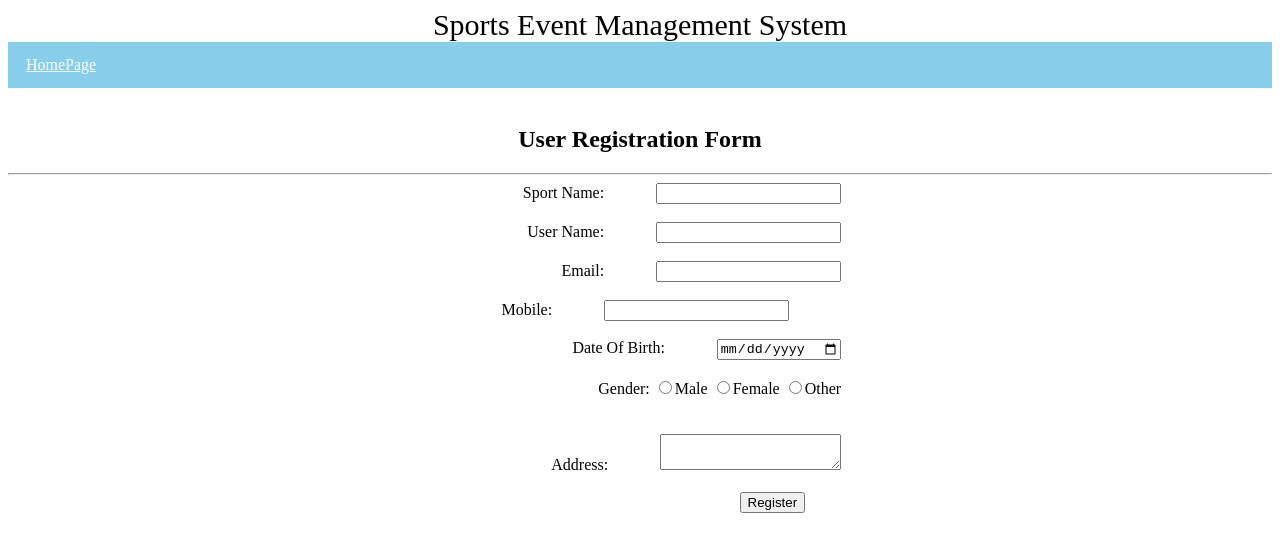
Repository: svrm1014/sportseventmanagement
Page: http://localhost/sportsmanagement/WEB-INF/views/registrationform.jsp
An editor plug-in stored every save of this project. The page is shown before and after the next save, followed by the edit.
The browser window is 1280 px wide. The pictures show the whole page.
The page is served by Tomcat 9. Nobody is signed in. Other server files are loaded and not shown. The template is opened directly, without the code that normally fills it, so the values that code supplies are empty.

Above is the page before, as saved 2021-05-12 18:30:35.

### sportsmanagement/src/main/webapp/WEB-INF/views/registrationform.jsp
<%@ page language="java" contentType="text/html; charset=ISO-8859-1"
    pageEncoding="ISO-8859-1"%>
    <%@ taglib prefix="form" uri="http://www.springframework.org/tags/form"%>
<!DOCTYPE html PUBLIC "-//W3C//DTD HTML 4.01 Transitional//EN" "http://www.w3.org/TR/html4/loose.dtd">
<html>
<head>
<style type="text/css">
.title {
	text-align: center;
	font-size: 30px;
}

ul {
	list-style-type: none;
	margin: 0px;
	padding: 0px;
	background-color: skyblue;
	overflow: hidden;
}

li {
	float: left;
}

li a {
	display: block;
	padding: 14px 18px;
	color: white;
}

form {
	display: inline-block;
	text-align: right;
}
</style>
<meta http-equiv="Content-Type" content="text/html; charset=ISO-8859-1">
<title>Sports Event Management</title>
</head>
<body>
<div class="title">Sports Event Management System</div>
	<div class="menu">
		<ul>
			<li><a href="/">HomePage</a></li>
		</ul>
	</div>
	<div align="center">

		<h2>User Registration Form</h2>
		<hr>

		<form:form action="registrationsave" method="post"
			modelAttribute="formKey">

            <form:label path="sportname">Sport Name:</form:label>
            <form:input path="sportname" />
			<br />
            <br />
            <form:label path="username">User Name:</form:label>
            <form:input path="username" />
			<br />
			<br />
			<form:label path="email">Email:</form:label>
            <form:input type="email"  path="email" />
			<br />
			<br />
			<form:label path="mobile">Mobile:</form:label>
            <form:input path="mobile" />
            <br />
			<br />
            <form:label path="dob" placeholder="DD/MM/YYYY" >Date Of Birth:</form:label>
            <form:input type ="date" path="dob" class="date" name="dob" pattern="DD/MM/YYYY" />
			<br />
			<br />
            <form:label path="gender">Gender:</form:label>
			<form:radiobutton path="gender" value="Male"/>Male
            <form:radiobutton path="gender" value="Female"/>Female
            <form:radiobutton path="gender" value="Male"/>Other<br/>
 			<br />
			<br />
            <form:label path="address">Address:</form:label>
            <form:textarea path="address" />
			<br />
            <br />
            <form:button>Register</form:button>
        </form:form>

	</div>


</body>
</html>

After the next save:
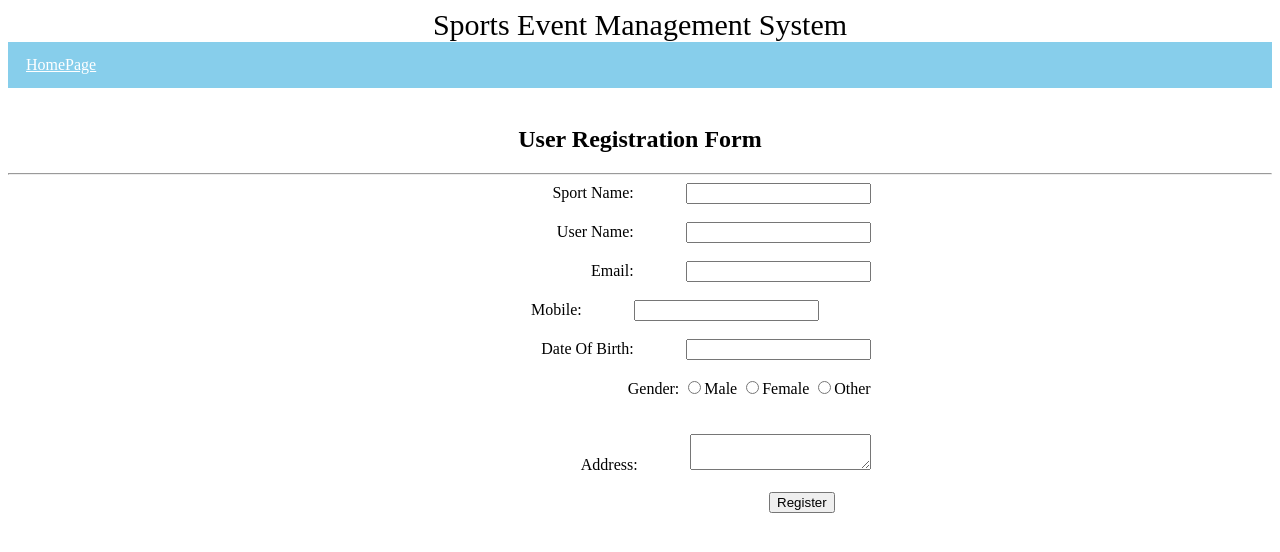
Saved 2 min 15 s later.
--- a/sportsmanagement/src/main/webapp/WEB-INF/views/registrationform.jsp
+++ b/sportsmanagement/src/main/webapp/WEB-INF/views/registrationform.jsp
@@ -68,7 +68,7 @@
             <br />
 			<br />
             <form:label path="dob" placeholder="DD/MM/YYYY" >Date Of Birth:</form:label>
-            <form:input type ="date" path="dob" class="date" name="dob" pattern="DD/MM/YYYY" />
+            <form:input type ="dob" path="dob" class="date" name="dob" pattern="DD/MM/YYYY" />
 			<br />
 			<br />
             <form:label path="gender">Gender:</form:label>

After the save that followed:
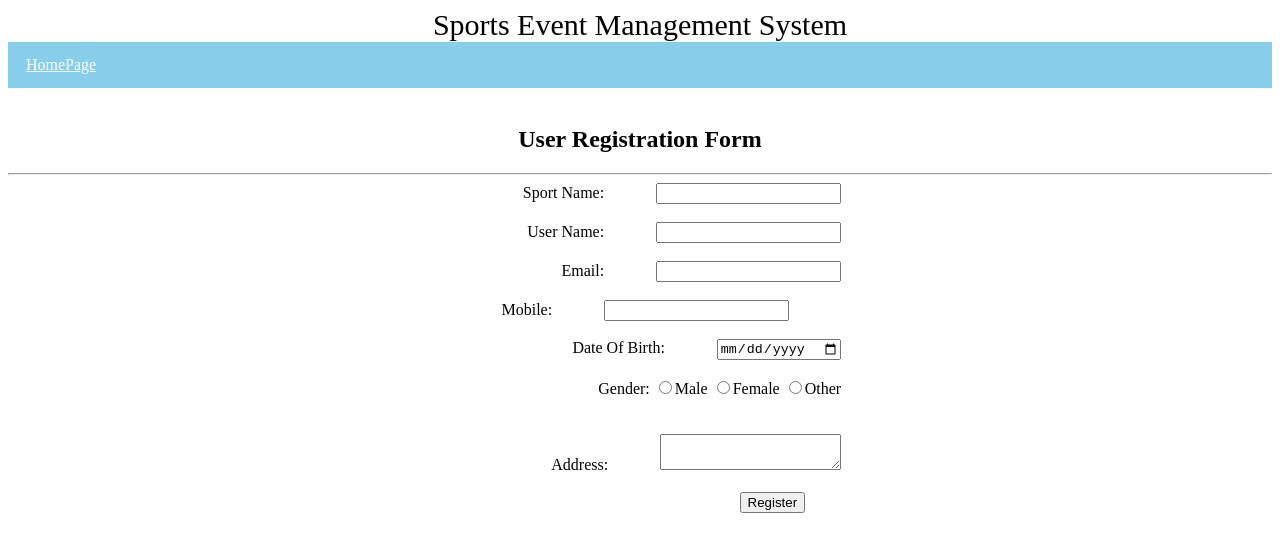
Saved 4 min 1 s later.
--- a/sportsmanagement/src/main/webapp/WEB-INF/views/registrationform.jsp
+++ b/sportsmanagement/src/main/webapp/WEB-INF/views/registrationform.jsp
@@ -68,7 +68,7 @@
             <br />
 			<br />
             <form:label path="dob" placeholder="DD/MM/YYYY" >Date Of Birth:</form:label>
-            <form:input type ="dob" path="dob" class="date" name="dob" pattern="DD/MM/YYYY" />
+            <form:input type ="date" path="dob" class="date" name="dob" pattern="DD/MM/YYYY" />
 			<br />
 			<br />
             <form:label path="gender">Gender:</form:label>
